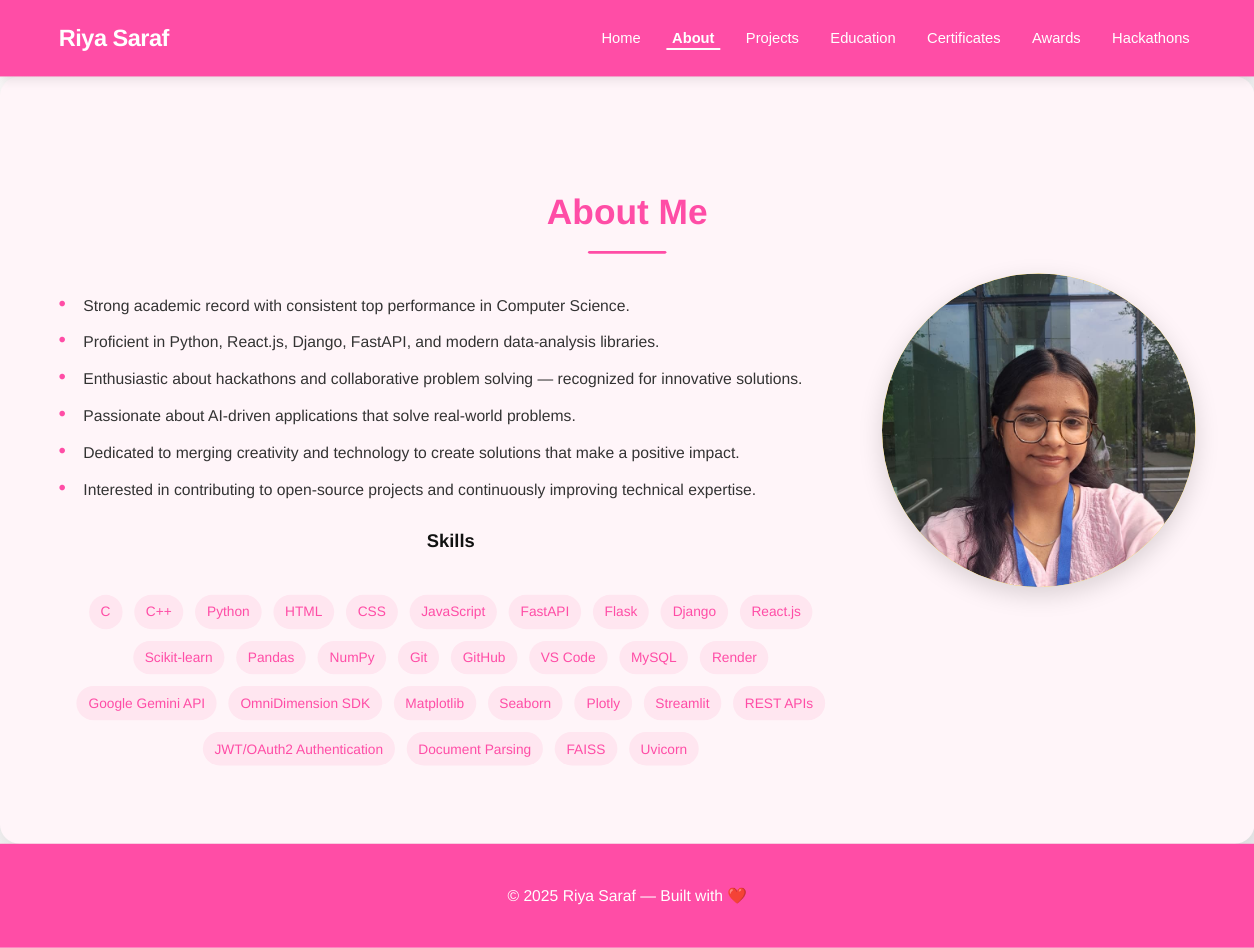
Repository: riyaaaa19/riya-portfolio
Page: /, after clicking the first element matching `nav > :nth-child(2)`
The author's editor kept a copy of each file at every save. The page is drawn from the files as they stood at one save, then again after the next save.
The browser window is 1280 px wide. The pictures show the whole page, at 98% of full size.
The project was rebuilt for these pictures with package versions that can differ from the ones it lists, and the page was loaded fresh each time. Also part of the build but not shown: src/components/TimelineCard.js.

Above is the page before, as saved 2025-09-14 15:53:38.

### src/App.js
import React, { useState } from "react";
import { Mail, Github, Linkedin } from "lucide-react";
import TimelineCard from "./components/TimelineCard";
import "./styles.css";

export default function RiyaSarafPortfolio() {
  const [activePage, setActivePage] = useState("home");

  // ===== Data Sections =====
  const projects = [
    {
      title: "Leave Management System",
      tech: "React.js, FastAPI, PostgreSQL, JWT",
      desc: "Full-stack app for managing employee leave requests with role-based access and JWT authentication.",
      github: "https://github.com/riyaaaa19/leave-management-system",
      img: "/images/leave.png",
    },
    {
      title: "Genomic Analysis Web Application",
      tech: "Python, Django, Scikit-learn, Pandas",
      desc: "Django app for genomic data analysis with ML model selection, preprocessing and visualizations.",
      github: "https://github.com/riyaaaa19/genomic-analysis-django",
      img: "/images/genomics.png",
    },
    {
      title: "CyberSaarthi – Phishing & Invoice Fraud Detection",
      tech: "FastAPI, React.js, SQLite",
      desc: "ML + rule-based backend for phishing and invoice fraud detection with document parsing and structured reports.",
      github: "https://github.com/riyaaaa19/CyberSaarthi",
      img: "/images/cyber.png",
    },
    {
      title: "SheCare AI",
      tech: "FastAPI, React, SQLite, OmniDimension API",
      desc: "Health & wellness assistant for women with cycle tracking, journaling, PCOS risk check, and AI chatbot.",
      github: "https://github.com/sonamnimje/SheCare-AI",
      img: "/images/shecare.png",
    },
    {
      title: "SmartGrocery — AI-Powered Grocery & Recipe Assistant",
      tech: "Flask, Scikit-learn, Bootstrap, CSS",
      desc: "Smart Grocery Web app for recipe suggestions, nutrition tracking, inventory management, and shopping lists.",
      github: "https://github.com/arnavv19/Smart-Grocery-AI",
      img: "/images/grocery.png",
    },
  ];

  const education = [
    {
      school: "BADERIA GLOBAL INSTITUTE OF ENGINEERING AND MANAGEMENT",
      degree: "B.Tech CSE (Data Science)",
      year: "2022 – 2026",
      score: "CGPA: 8.28",
      img: "/images/graduation.png",
    },
    {
      school: "Nachiketa Higher Secondary School, Jabalpur",
      degree: "Class 12th • PCM • State Board",
      year: "2022",
      score: "Percentage: 73.4%",
      img: "/images/school.png",
    },
    {
      school: "Nachiketa Higher Secondary School, Jabalpur",
      degree: "Class 10th • State Board",
      year: "2020",
      score: "Percentage: 92%",
      img: "/images/school.png",
    },
  ];

  const certificates = [
    { title: "PCAP: Programming Essentials in Python", img: "/images/certificate1.jpg" },
    { title: "Introduction to Data Science — Cisco", img: "/images/certificate2.jpg" },
    { title: "Accenture Data Analytics Simulation", img: "/images/certificate3.jpg" },
    { title: "Global Entrepreneur Summit — IIT Kharagpur", img: "/images/certificate4.jpg" },
    { title: "Artificial Intelligence Fundamentals — IBM SkillsBuild", img: "/images/certificate5.jpg" },
    { title: "Cybersecurity Essentials — Cisco", img: "/images/certificate6.jpg" },
    { title: "Data Analytics — IBM Cognos", img: "/images/certificate7.jpg" },
  ];

  const awards = [
    { title: "Branch Topper — 2023, 2024, 2025", img: "/images/award1.jpg" },
    { title: "Best Girls Team Award — Hack SRIT 2025", img: "/images/award2.jpg" },
    { title: "1st Runner-Up — Ecopreneur Hackathon", img: "/images/award3.jpg" },
    { title: "3rd Position — Slide The Change at IEEE SHE ASPIRE 2.0", img: "/images/award4.jpg" },
  ];

  const hackathons = [
    {
      title: "Ecopreneur Hackathon",
      desc: "Hosted by Baderia Global Institute of Engineering and Management",
      img: "/images/hackathon1.jpg",
    },
    {
      title: "36-hour HackSRIT Hackathon",
      desc: "Hosted by Shri Ram Institute of technology",
      img: "/images/hackathon2.jpg",
    },
    {
      title: "Operation Eclipse – Stealth Spacecraft Design & Architecture",
      desc: "Competition at IIITDM Jabalpur",
      img: "/images/hackathon3.jpg",
    },
    {
      title: "Global Entrepreneurship Summit 2025",
      desc: "IIT Kharagpur",
      img: "/images/hackathon4.jpg",
    },
    {
      title: "All India Women only Hackathon 2023",
      desc: "Hosted by Shooting stars foundation",
      img: "/images/hackathon5.jpg",
    },
  ];

  return (
    <div>
      {/* ===== Header ===== */}
      <header>
        <h1>Riya Saraf</h1>
        <nav>
          {["home", "about", "projects", "education", "certificates", "awards", "hackathons"].map((page) => (
            <button
              key={page}
              onClick={() => setActivePage(page)}
              className={activePage === page ? "active" : ""}
            >
              {page.charAt(0).toUpperCase() + page.slice(1)}
            </button>
          ))}
        </nav>
      </header>

      {/* ===== Home Section ===== */}
      {activePage === "home" && (
        <section className="hero">
          <div className="particle-bg">
            <span></span><span></span><span></span><span></span><span></span>
          </div>
          <div className="hero-text">
            <h2>
              Hi There, I'm <span className="highlight">Riya Saraf</span>
            </h2>
            <h3>
              I Am Into{" "}
              <span className="typing-container">
                <span className="typing">Web Development | Data Science | AI/ML</span>
              </span>
            </h3>
            <p>
              Motivated Computer Science undergraduate skilled in Python,
              full-stack development, and ML/AI. Passionate about building
              impactful solutions and contributing to open-source projects.
            </p>

            <div className="hero-buttons">
              <button className="cta" onClick={() => setActivePage("projects")}>View Projects</button>
              <a
                href="https://mail.google.com/mail/?view=cm&fs=1&to=riyasaraf19@gmail.com"
                target="_blank"
                rel="noopener noreferrer"
                className="cta"
              >
                Contact Me
              </a>
              <a
                href={process.env.PUBLIC_URL + "/images/resume.pdf"}
                target="_blank"
                rel="noopener noreferrer"
                className="cta"
              >
                View Resume
              </a>
            </div>

            <div className="social-icons">
              <a href="https://linkedin.com/in/riya-saraf-9223a9257" target="_blank" rel="noreferrer"><Linkedin size={18} /></a>
              <a href="https://github.com/riyaaaa19" target="_blank" rel="noreferrer"><Github size={18} /></a>
              <a href="mailto:riyasaraf19@gmail.com"><Mail size={18} /></a>
              <a href="https://leetcode.com/u/riyaaa19/" target="_blank" rel="noreferrer">LC</a>
              <a href="https://www.hackerrank.com/profile/riyasaraf19" target="_blank" rel="noreferrer">HR</a>
            </div>
          </div>
          <div className="hero-img">
            <div className="avatar-circle">
              <img src="/images/riya-photo.png" alt="Riya Saraf" />
            </div>
          </div>
        </section>
      )}

      {/* ===== About Section ===== */}
      {activePage === "about" && (
        <section className="about">
          <h2>About Me</h2>
          <div className="about-container" style={{ display: "flex", flexWrap: "wrap", gap: "40px", alignItems: "flex-start" }}>

            {/* Left Side: About Text + Skills */}
            <div style={{ flex: 1 }}>
              <ul style={{ paddingLeft: "0", lineHeight: "1.8", listStyle: "none" }}>
                {[
                  "Strong academic record with consistent top performance in Computer Science.",
                  "Proficient in Python, React.js, Django, FastAPI, and modern data-analysis libraries.",
                  "Enthusiastic about hackathons and collaborative problem solving — recognized for innovative solutions.",
                  "Passionate about AI-driven applications that solve real-world problems.",
                  "Dedicated to merging creativity and technology to create solutions that make a positive impact.",
                  "Interested in contributing to open-source projects and continuously improving technical expertise."
                ].map((point, index) => (
                  <li key={index} style={{ position: "relative", paddingLeft: "25px", marginBottom: "12px", fontSize: "16px", color: "#333" }}>
                    <span style={{ position: "absolute", left: 0, color: "#ff4da6", fontWeight: "bold", fontSize: "20px", lineHeight: "1" }}>•</span>
                    {point}
                  </li>
                ))}
              </ul>

              {/* Skills Section */}
              <h3 style={{ marginTop: "25px", marginBottom: "15px", color: "DarkPink", textAlign: "center" }}>Skills</h3>
              <div className="skills-section" style={{ display: "flex", flexWrap: "wrap", gap: "12px", justifyContent: "center" }}>
                {[
                  "C", "C++", "Python", "HTML", "CSS", "JavaScript",
                  "FastAPI", "Flask", "Django", "React.js", "Scikit-learn", "Pandas", "NumPy",
                  "Git", "GitHub", "VS Code", "MySQL", "Render", "Google Gemini API", "OmniDimension SDK",
                  "Matplotlib", "Seaborn", "Plotly", "Streamlit",
                  "REST APIs", "JWT/OAuth2 Authentication", "Document Parsing", "FAISS", "Uvicorn"
                ].map((skill) => (
                  <span key={skill} className="skills-card" style={{
                    backgroundColor: "#ffe6f0",
                    color: "#ff4da6",
                    padding: "6px 12px",
                    borderRadius: "20px",
                    fontSize: "14px",
                    fontWeight: "500"
                  }}>{skill}</span>
                ))}
              </div>
            </div>

            {/* Right Side: About Image */}
            <div className="about-img" >
              <div className="avatar-circle">
                <img
                  src="/images/about.png"
                  alt="About Me"
                />
              </div>
            </div>
          </div>
        </section>
      )}

      {/* ===== Projects Section ===== */}
      {activePage === "projects" && (
        <section>
          <h2>Projects</h2>
          <div className="grid">
            {projects.map((p, i) => (
              <TimelineCard
                key={i}
                title={p.title}
                subtitle={p.tech}
                img={p.img}
                score={<span style={{ color: "#555" }}>{p.desc}</span>}
                github={p.github}
                live={p.live}
                type="project"
              />
            ))}
          </div>
        </section>
      )}

      {/* ===== Education Section ===== */}
      {activePage === "education" && (
        <section>
          <h2>Education</h2>
          <div className="timeline">
            {education.map((e, i) => (
              <TimelineCard
                key={i}
                title={e.school}
                subtitle={e.degree}
                year={e.year}
                score={e.score}
                img={e.img}
                type="education"
              />
            ))}
          </div>
        </section>
      )}

      {/* ===== Certificates Section ===== */}
      {activePage === "certificates" && (
        <section>
          <h2>Certificates</h2>
          <div className="grid">
            {certificates.map((c, i) => (
              <TimelineCard key={i} title={c.title} img={c.img} type="certificate" />
            ))}
          </div>
        </section>
      )}

      {/* ===== Awards Section ===== */}
      {activePage === "awards" && (
        <section>
          <h2>Awards</h2>
          <div className="grid">
            {awards.map((a, i) => (
              <TimelineCard key={i} title={a.title} img={a.img} type="award" />
            ))}
          </div>
        </section>
      )}

      {/* ===== Hackathons Section ===== */}
      {activePage === "hackathons" && (
        <section>
          <h2>Hackathons & Conferences</h2>
          <div className="grid">
            {hackathons.map((h, i) => (
              <TimelineCard key={i} title={h.title} subtitle={h.desc} img={h.img} type="certificate" />
            ))}
          </div>
        </section>
      )}

      {/* ===== Footer ===== */}
      <footer>© {new Date().getFullYear()} Riya Saraf — Built with ❤️</footer>
    </div>
  );
}

### src/styles.css
/* ===== General Styling ===== */
body {
    margin: 0;
    font-family: 'Helvetica Neue', Arial, sans-serif;
    background: linear-gradient(135deg, #fdfbfb 0%, #ebedee 100%);
    color: #111;
    line-height: 1.6;
    scroll-behavior: smooth;
}

/* ===== Header ===== */
header {
    position: sticky;
    top: 0;
    background: #ff4da6;
    padding: 20px 60px;
    display: flex;
    justify-content: space-between;
    align-items: center;
    z-index: 100;
    box-shadow: 0 4px 12px rgba(0, 0, 0, 0.1);
    animation: slideDown 0.8s ease-in-out;
}

header h1 {
    margin: 0;
    font-size: 24px;
    font-weight: 700;
    color: #fff;
    letter-spacing: -0.5px;
    transition: transform 0.3s ease;
}

header h1:hover {
    transform: scale(1.08);
}

nav button {
    background: none;
    border: none;
    margin-left: 20px;
    font-size: 15px;
    color: #fff;
    cursor: pointer;
    transition: color 0.3s, border-bottom 0.3s, transform 0.3s;
}

nav button.active {
    font-weight: 600;
    border-bottom: 2px solid #fff;
    padding-bottom: 2px;
}

nav button:hover {
    color: #ffe3f0;
    transform: translateY(-2px);
}

/* ===== Sections ===== */
section {
    padding: 80px 60px;
    background: white;
    animation: fadeIn 1s ease-in;
}

section h2 {
    font-size: 32px;
    font-weight: 700;
    margin-bottom: 25px;
    color: #ff4da6;
    text-align: center;
    position: relative;
}

section h2::after {
    content: "";
    width: 60px;
    height: 3px;
    background: #ff4da6;
    display: block;
    margin: 10px auto 0;
    border-radius: 2px;
    animation: expand 0.8s ease-in-out;
}

/* ===== Hero Section ===== */
.hero {
    display: flex;
    flex-wrap: wrap;
    justify-content: space-between;
    align-items: center;
    gap: 50px;
    padding: 100px 60px;
    min-height: 80vh;
    position: relative;
    overflow: hidden;
}

.hero-text {
    flex: 1;
    max-width: 600px;
    display: flex;
    flex-direction: column;
    gap: 12px;
}

.hero-text h2 {
    font-size: 52px;
    font-weight: 800;
    margin: 0;
    line-height: 1.2;
    color: #ff4da6;
}

.hero-text .highlight {
    background: linear-gradient(45deg, #ff4da6, #ff7eb9);
    -webkit-background-clip: text;
    -moz-background-clip: text;
    background-clip: text;
    -webkit-text-fill-color: transparent;
    color: transparent;
}

.hero-text h3 {
    font-size: 22px;
    font-weight: 600;
    margin: 0;
    color: #111;
}

.hero-text p {
    max-width: 520px;
    font-size: 16px;
    color: #333;
    line-height: 1.6;
}

/* ===== Typing Effect Fix ===== */
.typing-container {
    display: inline-block;
    min-width: 300px;
    white-space: nowrap;
}

.typing {
    display: inline-block;
    border-right: 2px solid #ff4da6;
    overflow: hidden;
    vertical-align: middle;
    animation: typing 2.5s steps(30, end) forwards, blink-caret 0.75s step-end infinite;
}

@keyframes typing {
    from { width: 0; }
    to { width: 100%; }
}

@keyframes blink-caret {
    0%, 100% { border-color: transparent; }
    50% { border-color: #ff4da6; }
}

/* ===== Avatar ===== */
.hero-img {
    flex: 1;
    display: flex;
    justify-content: center;
    align-items: center;
}

.avatar-circle {
    width: 380px;
    height: 380px;
    border-radius: 50%;
    background: #ffe066;
    display: flex;
    justify-content: center;
    align-items: center;
    box-shadow: 0 8px 25px rgba(0,0,0,0.15);
    overflow: hidden;
    transition: transform 0.4s ease, box-shadow 0.4s ease;
}

.avatar-circle img {
    width: 95%;
    height: auto;
    border-radius: 50%;
    object-fit: cover;
}

.avatar-circle:hover {
    transform: scale(1.05);
    box-shadow: 0 10px 30px rgba(255, 77, 166, 0.3);
}

/* ===== Buttons ===== */
button.cta,
button.outline {
    margin-right: 12px;
    padding: 10px 22px;
    width: 160px;
    font-size: 15px;
    font-weight: 600;
    border-radius: 8px;
    border: 2px solid transparent;
    cursor: pointer;
    transition: all 0.25s ease;
}
.hero-buttons {
  display: flex;
  gap: 12px;
  margin-top: 20px;
  flex-wrap: wrap;
}

.hero-buttons button.cta,
.hero-buttons a.cta {
  flex: 1;
  min-width: 140px;
  text-align: center;
}

button.cta {
    background: #ff4da6;
    color: white;
}

button.cta:hover {
    background: #e04494;
}

button.outline {
    background: transparent;
    color: #ff4da6;
    border: 2px solid #ff4da6;
}

button.outline:hover {
    background: #ff4da6;
    color: white;
}

a.cta {
    display: inline-block;
    margin-right: 12px;
    padding: 10px 22px;
    font-size: 15px;
    font-weight: 600;
    border-radius: 8px;
    border: 2px solid transparent;
    cursor: pointer;
    transition: all 0.25s ease;
    background: #ff4da6;
    color: white;
    text-decoration: none;
    text-align: center;
}

a.cta:hover {
    background: #e04494;
}

/* ===== Social Icons ===== */
.social-icons {
    display: flex;
    gap: 18px;
    margin-top: 18px;
}

.social-icons a {
    color: #ff4da6;
    transition: color 0.25s;
    font-weight: bold;
    font-size: 15px;
    text-decoration: none;
}

.social-icons a:hover {
    color: #e04494;
}

/* ===== Footer ===== */
footer {
    padding: 40px;
    text-align: center;
    background: #ff4da6;
    color: white;
    font-weight: 500;
}

/* ===== Grid for Projects, Certificates, Awards ===== */
.grid {
    display: grid;
    gap: 25px;
    grid-template-columns: repeat(3, 1fr);
}
@media (max-width: 900px) {
    .grid {
        grid-template-columns: repeat(2, 1fr);
    }
}

@media (max-width: 600px) {
    .grid {
        grid-template-columns: 1fr;
    }
}

/* ===== Timeline for Education ===== */
.timeline {
    position: relative;
    margin-left: 20px;
    padding-left: 40px;
    border-left: 3px solid #ff4da6;
}

.timeline-card {
    position: relative;
    margin-bottom: 40px;
    padding: 20px 20px 20px 40px;
    background: #fff;
    border-radius: 12px;
    box-shadow: 0 4px 12px rgba(0,0,0,0.08);
    transition: transform 0.3s, box-shadow 0.3s;
}

.timeline-card:hover {
    transform: scale(1.03);
    box-shadow: 0 6px 18px rgba(0,0,0,0.15);
}

.timeline-card span {
    position: absolute;
    left: -28px;
    top: 20px;
    width: 20px;
    height: 20px;
    border-radius: 50%;
    background: #ff4da6;
    color: #fff;
    display: flex;
    justify-content: center;
    align-items: center;
    font-size: 14px;
}

/* ===== Animations ===== */
@keyframes fadeIn {
    0% { opacity: 0; transform: translateY(20px); }
    100% { opacity: 1; transform: translateY(0); }
}

@keyframes slideDown {
    0% { transform: translateY(-100%); }
    100% { transform: translateY(0); }
}

@keyframes expand {
    0% { width: 0; }
    100% { width: 60px; }
}

/* ===== Responsive ===== */
@media (max-width: 900px) {
    .hero {
        flex-direction: column;
        text-align: center;
    }
    .hero-img {
        margin-top: 30px;
    }
}

/* ===== Timeline Styling for Education (Right-side Images) ===== */
.timeline {
    position: relative;
    padding-right: 60px;
    margin-left: 20px;
    border-left: 3px solid #ff4da6;
}

.timeline .timeline-card {
    position: relative;
    margin-bottom: 30px;
    padding: 15px 20px;
    background: #fff;
    border-radius: 12px;
    box-shadow: 0 4px 12px rgba(0,0,0,0.08);
    transition: transform 0.2s;
}

.timeline .timeline-card:hover {
    transform: scale(1.03);
}

.timeline .timeline-card img {
    width: 50px;
    height: 50px;
    object-fit: cover;
    border-radius: 50%;
    position: absolute;
    right: -65px;
    top: 15px;
    box-shadow: 0 3px 10px rgba(0,0,0,0.15);
}

.timeline .timeline-card h4 {
    margin: 0 0 6px 0;
    font-size: 16px;
    font-weight: 600;
}

.timeline .timeline-card p {
    margin: 2px 0;
    font-size: 14px;
    color: #555;
}

/* ===== About Section ===== */
.about {
    background: #fff5f9;
    padding: 80px 60px;
    border-radius: 20px;
    box-shadow: 0 8px 25px rgba(0,0,0,0.1);
    animation: fadeIn 1s ease-in-out;
}

.about h2 {
    font-size: 36px;
    color: #ff4da6;
    text-align: center;
    font-weight: 800;
    margin-bottom: 40px;
    position: relative;
}

.about h2::after {
    content: "";
    display: block;
    width: 80px;
    height: 3px;
    background: #ff4da6;
    margin: 10px auto 0;
    border-radius: 2px;
}

/* About container layout */
.about-container {
    display: flex;
    flex-wrap: wrap;
    gap: 40px;
    align-items: flex-start;
}

/* Text points */
.about-container ul {
    flex: 1;
    list-style: none;
    padding: 0;
    margin: 0;
}

.about-container ul li {
    font-size: 16px;
    color: #333;
    line-height: 1.6;
    padding-left: 30px;
    margin-bottom: 12px;
    position: relative;
    padding-left: 30px;
    align-items: flex-start;
}

.about-container ul li::before {
    position: absolute;
    left: 0;
    top: 0;
    font-size: 18px;
    color: #ff4da6;
    font-weight: bold;
    line-height: 1;
}

/* About image */
.about-img {
    flex: 0 0 320px; /* increased width */
    display: flex;   /* enable flexbox */
    justify-content: center;
    align-items: center; /* vertically center with the points */
    margin-top: -20px;
}

.about-img .avatar-circle {
    width: 320px;  /* increased size */
    height: 320px; /* increased size */
    border-radius: 50%;
    overflow: hidden;
    box-shadow: 0 8px 25px rgba(0,0,0,0.15);
    transition: transform 0.4s ease, box-shadow 0.4s ease;
}

.about-img .avatar-circle img {
    width: 100%;
    height: 100%;
    object-fit: cover;
}

.about-img .avatar-circle:hover {
    transform: scale(1.05);
    box-shadow: 0 12px 30px rgba(255,77,166,0.3);
}


/* ===== Skills Section ===== */
.skills-section {
    flex: 1 1 100%;
    display: flex;
    flex-wrap: wrap;
    gap: 10px; /* spacing between capsules */
    margin-top: 40px;
    justify-content: center;
}

.skills-card {
    background: #ffe6f0;
    color: #ff4da6;
    padding: 8px 15px;
    border-radius: 50px;
    font-size: 14px;
    font-weight: 600;
    display: inline-block;
    transition: transform 0.2s, box-shadow 0.2s;
    cursor: default;
}

.skills-card:hover {
    transform: translateY(-3px);
    box-shadow: 0 8px 20px rgba(255,77,166,0.2);
}

.skills-card h4,
.skills-card ul,
.skills-card li {
    display: none; /* hide old headings/lists */
}

/* ===== Responsive About Section ===== */
@media (max-width: 900px) {
    .about-container {
        flex-direction: column;
        align-items: center;
        text-align: center;
    }
    .about-img {
        margin-top: 30px;
    }
}

@media (max-width: 600px) {
    .skills-section {
        justify-content: center;
    }
}

Loaded but not shown: public/index.html (common file); src/index.js (common file)

After the next save:
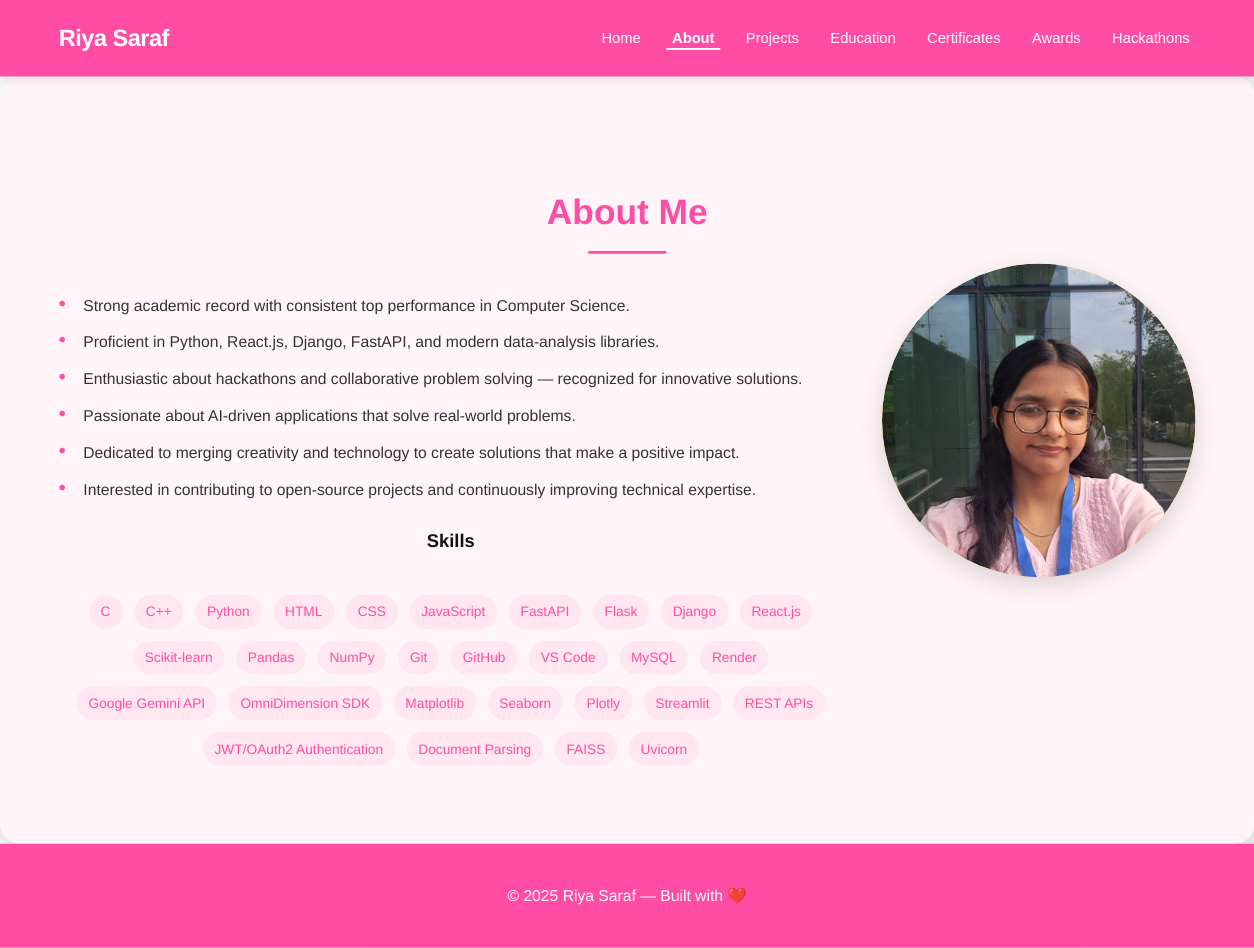
Saved 8 s later.
--- a/src/styles.css
+++ b/src/styles.css
@@ -487,7 +487,7 @@ footer {
     display: flex;   /* enable flexbox */
     justify-content: center;
     align-items: center; /* vertically center with the points */
-    margin-top: -20px;
+    margin-top: -30px;
 }
 
 .about-img .avatar-circle {
